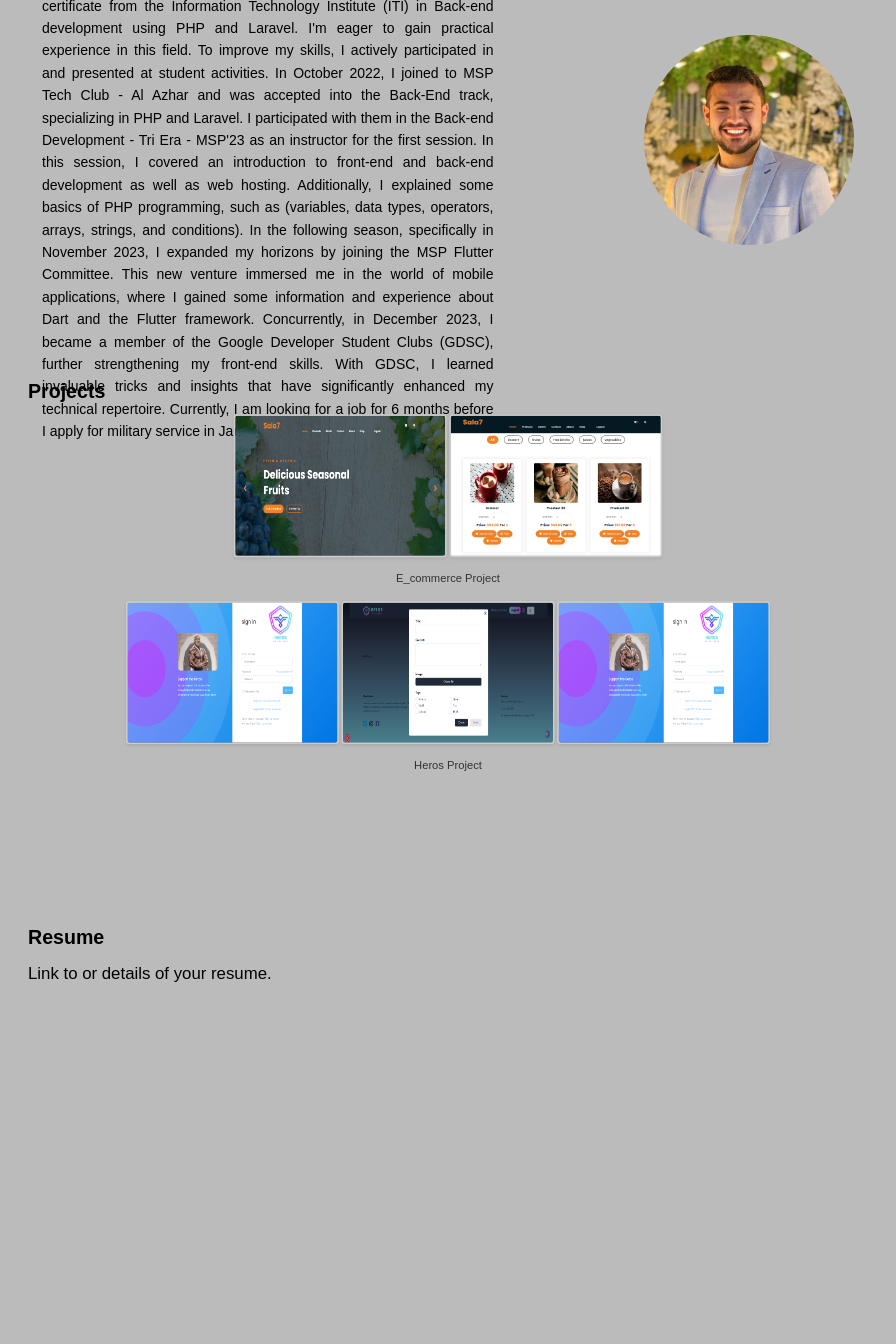
Repository: Salah-Wael/Salah-EL-Din-Portfolio
Page: index.html
An editor plug-in stored every save of this project. The page is shown before and after a run of saves, followed by the edit.
The browser window is 1280 px wide. The pictures show the part of the page from y = 380 to 2300 px (the page is 3237 px tall), at 70% of full size.

Above is the page before, as saved 2024-07-13 05:15:29.

After the next 2 saves:
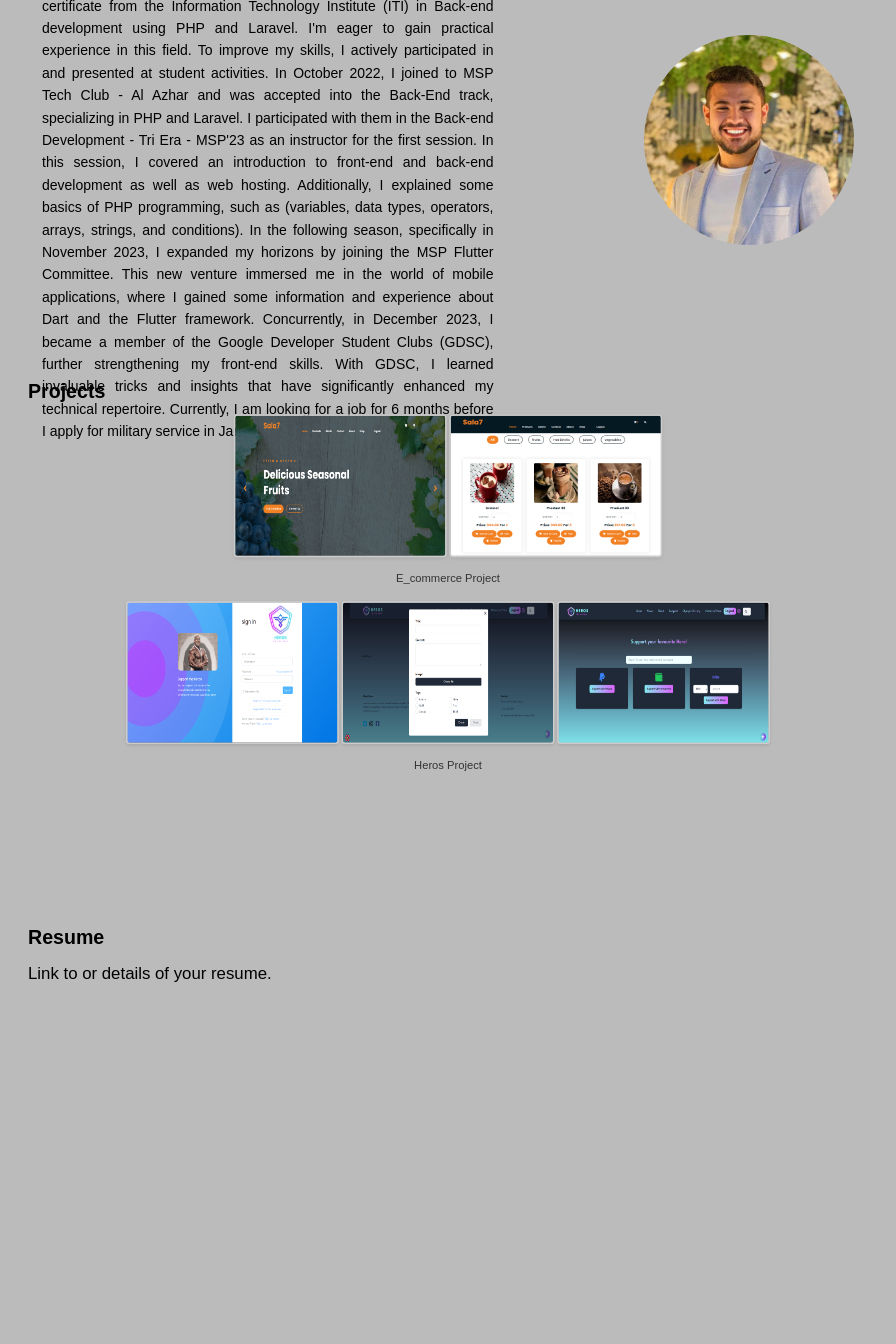
The 2 saves are shown as one change because they came seconds apart.
The last was saved 8 s later.
--- a/index.html
+++ b/index.html
@@ -50,7 +50,7 @@
         <a href="https://heros.rf.gd/" target="_blank">
           <img src="img/projects/heros registration.png" alt="heros login">
           <img src="img/projects/heros create news.png" alt="Sala7 E_commerce">
-          <img src="img/projects/heros registration.png" alt="Sala7 E_commerce">
+          <img src="img/projects/heros payment.png" alt="Sala7 E_commerce">
           <p>Heros Project</p>
         </a>
       </div>
